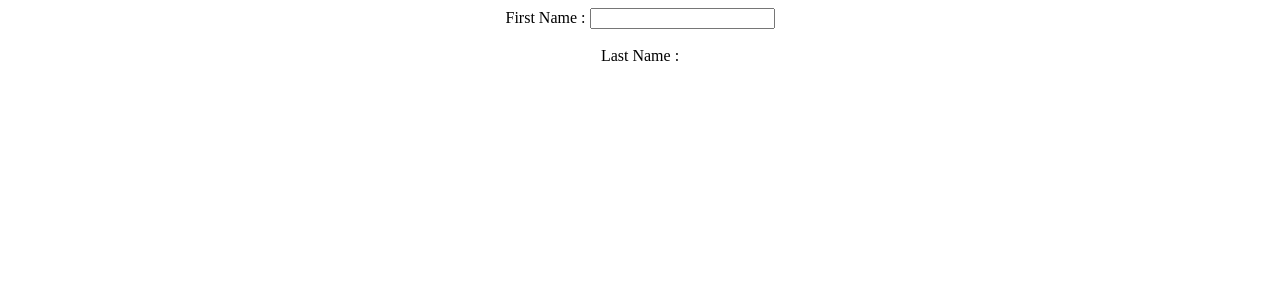
Repository: bspr147/hcl-codes
Page: HCL Files/Day18/BeanDemos/WebContent/name.html
The author's editor kept a copy of each file at every save. The page is drawn from the files as they stood at one save, then again after the next save.
The browser window is 1280 px wide. The pictures show the whole page.

Above is the page before, as saved 2019-08-22 04:15:53.

### HCL Files/Day18/BeanDemos/WebContent/name.html
<!DOCTYPE html>
<html>
<head>
<meta charset="ISO-8859-1">
<title>Insert title here</title>
</head>
<body>
	<form method="get" action="name.jsp">
		<center>
			First Name :
	<input type="text" name="firstName" /> <br/><br/>
			Last Name :

		</center>
	</form>
</body>
</html>

After the next save:
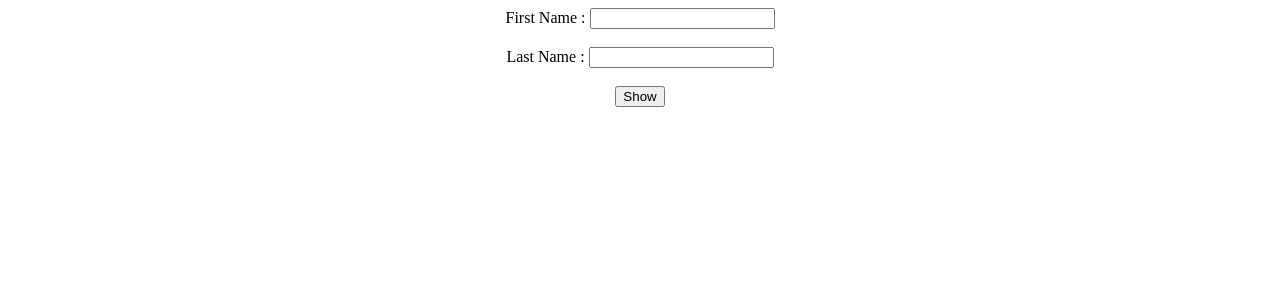
Saved 22 s later.
--- a/HCL Files/Day18/BeanDemos/WebContent/name.html
+++ b/HCL Files/Day18/BeanDemos/WebContent/name.html
@@ -10,7 +10,8 @@
 			First Name :
 	<input type="text" name="firstName" /> <br/><br/>
 			Last Name :
-
+	<input type="text" name="lastName" /> <br/><br/>
+	<input type="submit" value="Show" />
 		</center>
 	</form>
 </body>
